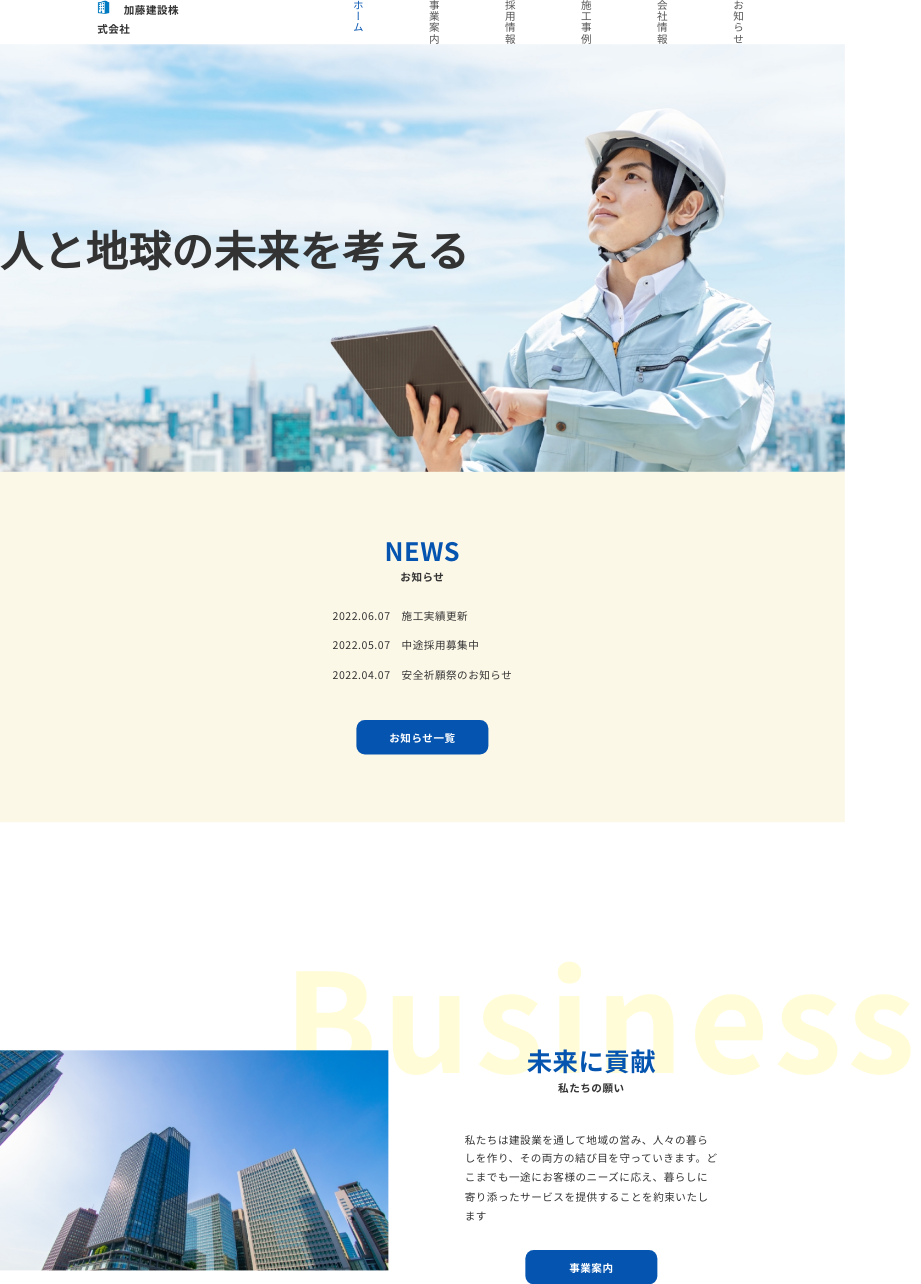
Repository: nozomi-23/hp1_test
Page: index.html
The author's editor kept a copy of each file at every save. The page is drawn from the files as they stood at one save, then again after a run of saves.
The browser window is 1280 px wide. The page is 1395 px wide, so the pictures cover 1395 px, including what lies to the right of the window. The pictures show the whole page, at 66% of full size.

Above is the page before, as saved 2022-06-12 15:20:06.

### index.html
<!DOCTYPE html>
<html lang="ja">
<head>
<meta charset="UTF-8">
<title>加藤建設 株式会社</title>
<meta name="description" content="人と地球の未来を考える 加藤建設 株式会社">
<meta name="keywords" content="建築,土木,インフラ">
<meta name="viewport" content="width=device-width, initial-scale=1.0">
<meta property="og:title" content="建築依頼なら「加藤建設 株式会社」">
<meta property="og:type" content="article">
<meta property="og:url" content="https://withcode-plus.tech">
<meta property="og:image" content="img/logo.png">
<meta property="og:description" content="確かな技術力が自慢、インフラから地域貢献まで加藤建設にお任せ下さい">
<meta property="og:site_name" content="加藤建設 株式会社">
<link rel="icon" href="img/favicon.ico">
<link rel="apple-touch-icon" sizes="180x180" href="img/logo.png">
<link rel="preconnect" href="https://fonts.googleapis.com">
<link rel="preconnect" href="https://fonts.gstatic.com" crossorigin>
<link href="https://fonts.googleapis.com/css2?family=Noto+Sans+JP:wght@400;500;700&family=Noto+Serif+JP&display=swap"
  rel="stylesheet">
<link rel="stylesheet" type="text/css" href="css/reset.css">
<link rel="stylesheet" type="text/css" href="css/common1.css">
<link rel="stylesheet" type="text/css" href="css/index.css">
</head>
<body>
  <!-- =========header -->
  <header>
    <div class="header_wrapper">
      <div class="header_inner">
        <h1 class="header_left">加藤建設株式会社</h1>
        <nav class="header_right" >
          <ul class="header_list">
            <li><a href="#" class="color">ホーム</a></li>
            <li><a href="html/business.html">事業案内</a></li>
            <li><a href="html/recruit.html">採用情報</a></li>
            <li><a href="html/work.html">施工事例</a></li>
            <li><a href="html/company.html">会社情報</a></li>
            <li><a href="html/news.html">お知らせ</a></li>
          </ul>
        </nav>
      </div>
    </div>
  </header>
  <!-- =========main_view -->
  <main>
    <section class="main_wrapper">
      <div class="main_txt">
        <h3>人と地球の未来を考える</h3>
      </div>
    </section>
    <!-- =========news -->
    <section class="news section section_color">
      <div class="news_wrapper">
        <h2 class="title">NEWS<br>
          <small>お知らせ</small></h2>
        <ul class="news_list">
          <li>2022.06.07&emsp;施工実績更新</li>
          <li>2022.05.07&emsp;中途採用募集中</li>
          <li>2022.04.07&emsp;安全祈願祭のお知らせ</li>
        </ul>
        <div class="btn">
          <a href="html/news.html">お知らせ一覧</a>
        </div>
      </div>
    </section>
    <!-- =========business -->
    <section class="business section">
      <div class="business_wrapper">
        <div class="business_all">
          <div class="business_bg_wrapper">
            <div class="business_bg">
              <div class="business_bg_item">
                <p>Business</p>
              </div>
            </div>
          </div>
          <div class="business_block_wrapper">
            <div class="business_block_1">
              <img src="img/bussines_top.png" alt="事業案内画像">
            </div>
            <div class="business_block_2">
              <h2 class="title">未来に貢献<br>
                <small>私たちの願い</small>
              </h2>
              <p>私たちは建設業を通して地域の営み、人々の暮らしを作り、その両方の結び目を守っていきます。どこまでも一途にお客様のニーズに応え、暮らしに寄り添ったサービスを提供することを約束いたします</p>
              <div class="btn">
                <a href="html/business.html">事業案内</a>
              </div>
            </div>
          </div>
        </div>

      </div>
    </section>
  </main>
</body>
</html>

### css/reset.css
@charset "UTF-8";

html,
body,
div,
span,
object,
iframe,
h1,
h2,
h3,
h4,
h5,
h6,
p,
blockquote,
pre,
abbr,
address,
cite,
code,
del,
dfn,
em,
img,
ins,
kbd,
q,
samp,
small,
strong,
sub,
sup,
var,
b,
i,
dl,
dt,
dd,
ol,
ul,
li,
fieldset,
form,
label,
legend,
table,
caption,
tbody,
tfoot,
thead,
tr,
th,
td,
article,
aside,
canvas,
details,
figcaption,
figure,
footer,
header,
hgroup,
menu,
nav,
section,
summary,
time,
mark,
audio,
video {
  margin: 0;
  padding: 0;
  border: 0;
  outline: 0;
  font-size: 100%;
  vertical-align: baseline;
  background: transparent;
}

body {
  line-height: 1;
}

article,
aside,
details,
figcaption,
figure,
footer,
header,
hgroup,
menu,
nav,
section {
  display: block;
}

nav ul {
  list-style: none;
}

blockquote,
q {
  quotes: none;
}

blockquote:before,
blockquote:after,
q:before,
q:after {
  content: '';
  content: none;
}

a {
  margin: 0;
  padding: 0;
  font-size: 100%;
  vertical-align: baseline;
  background: transparent;
}

/* change colours to suit your needs */
ins {
  background-color: #ff9;
  color: #000;
  text-decoration: none;
}

/* change colours to suit your needs */
mark {
  background-color: #ff9;
  color: #000;
  font-style: italic;
  font-weight: bold;
}

del {
  text-decoration: line-through;
}

abbr[title],
dfn[title] {
  border-bottom: 1px dotted;
  cursor: help;
}

table {
  border-collapse: collapse;
  border-spacing: 0;
}

/* change border colour to suit your needs */
hr {
  display: block;
  height: 1px;
  border: 0;
  border-top: 1px solid #cccccc;
  margin: 1em 0;
  padding: 0;
}

input,
select {
  vertical-align: middle;
}

### css/common1.css
@charset "UTF-8";

body {
  color: #333;
  letter-spacing: 0.05em;
  line-height: 1.8;
  font-family: 'Noto Sans JP', sans-serif ,'Noto Serif JP', serif;
  word-break: break-all;
}
li {
  list-style: none;
}

a {
  text-decoration: none;
}
.section {
  padding: 8% 0;
  position: relative;
}


/* タイトル */
.title {
  color: #0554B0;
  font-weight: bold;
  font-size: 2.4rem;
  line-height: 0.8;
  text-align: center;
}
.title small {
  font-size: 1rem;
  color: #333;
}
/* ボタン */
.btn {
  background-color: #0554B0;
  width: 200px;
  margin: 0 auto;
  line-height: 2;
  border-radius: 0.8rem;
}
.btn a {
  display: block;
  color: #fff;
  font-weight: bold;
  padding: 5%;
  text-align: center;
}
.btn:hover {
  opacity: 0.5;
}

### css/index.css
@charset "UTF-8";

/* =================
header
===================*/
.header_wrapper {
  display: flex;
  justify-content: center;
}
.header_inner {
  width: 77%;
  display: flex;
  justify-content: space-between;

}
.header_list {
  display: table;
}
.header_list li {
  display: table-cell;
  writing-mode: vertical-rl;
}
.header_list li a {
  color: #555;
}
.header_list li a:hover {
  opacity: 0.5;
}
.header_list li a.color {
  color: #0554B0;
}

.header_left::before {
  content: "";
  background: url(../img/name_icon.png) no-repeat ;
  background-size: contain;
  width: 30%;
  height: 30%;
  z-index: 1;
  display: inline-block;
}

/* =================
main_view
===================*/
.main_wrapper {
  background: url(../img/top_img.png)no-repeat center;
  background-size: cover;
  width: 100%;
  height: 90vh;
}
.main_txt {
  font-size: 4rem;
  font-weight: normal;
  font-family: 'Noto Serif JP';
  position: relative;
  top: 40%;
}
/* =================
news
===================*/
.section_color {
  background-color: #FCF8E8;
}
.news {
  text-align: center;
  display: block;
}

.news_list {
  padding: 3%;
  text-align: left;
  display: inline-block;

}
.news_list li {
  margin-bottom: 1rem;
}
/* =================
business
===================*/
.business_all {
  position: relative;
}
.business_block_wrapper {
  width: 100%;
  height: auto;
  display: flex;
  justify-content: space-between;
  position: absolute;
  top: 65%;
}


.business_block_1 {
  width: 46%;
}
.business_block_1 img{
  width: 100%;
  height: auto;
}
.business_block_2 {
  width: 30%;
  margin-right: 15%;
}

.business_block_2 p {
  padding: 15% 0 10% 0;
}
.business_bg {
  width: 80%;

}
.business_bg_wrapper {
  width: 83%;
  margin-left: auto;
}
.business_bg_item {
  width: 100%;
  /* background-color: aqua; */
}
.business_bg {
  margin-left: auto;
}
.business_bg_item p {
  color: rgba(255, 245, 109, 0.27);
  font-size: 13rem;
  font-weight: 700;
  white-space: nowrap;
  letter-spacing: 0.5rem;
  }
.btn {
  margin-left: auto;
}

After the next 2 saves:
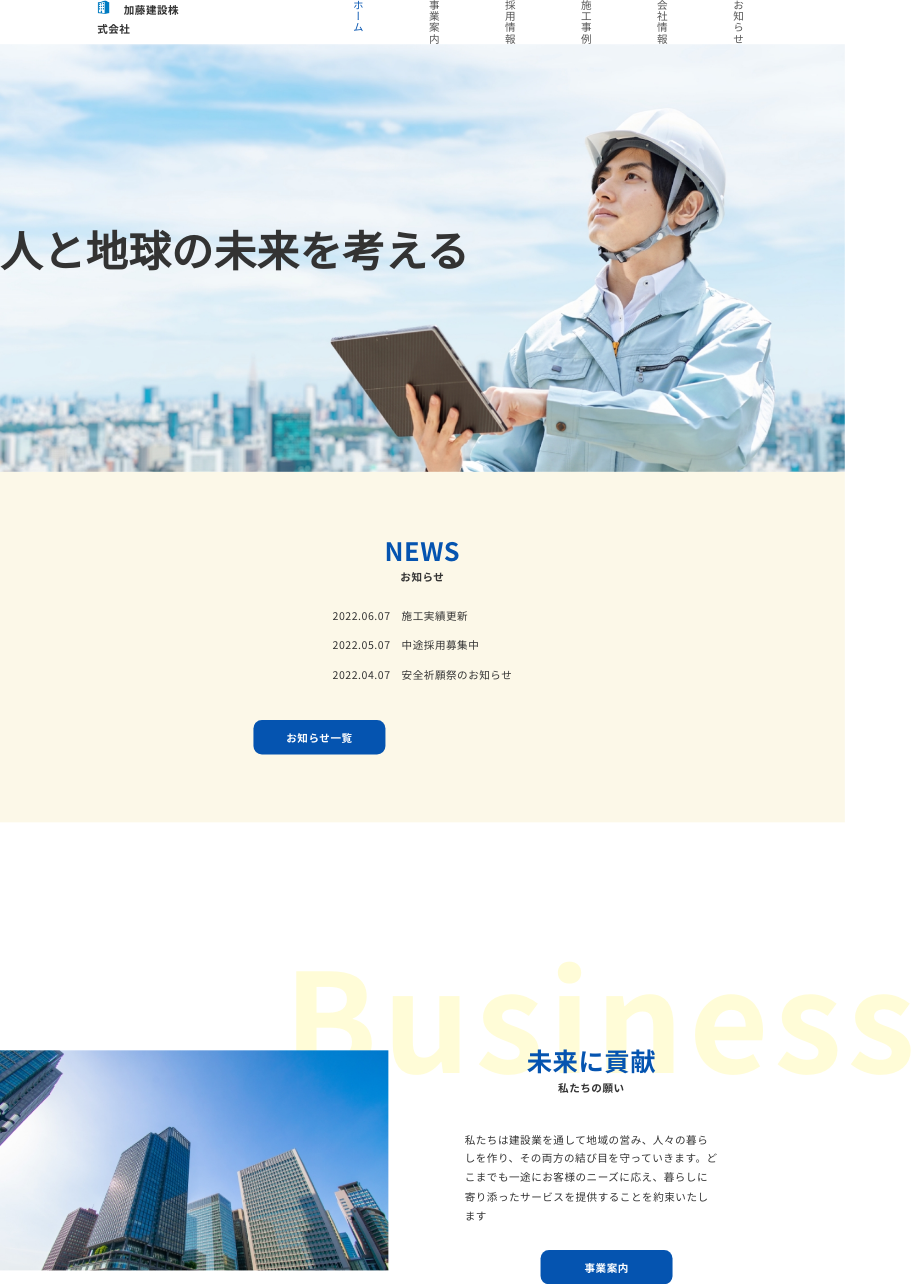
The 2 saves are shown as one change because they came seconds apart.
The last was saved 27 s later.
--- a/css/index.css
+++ b/css/index.css
@@ -130,5 +130,5 @@
   letter-spacing: 0.5rem;
   }
 .btn {
-  margin-left: auto;
+  margin-left: 30%;
 }

After the save that followed:
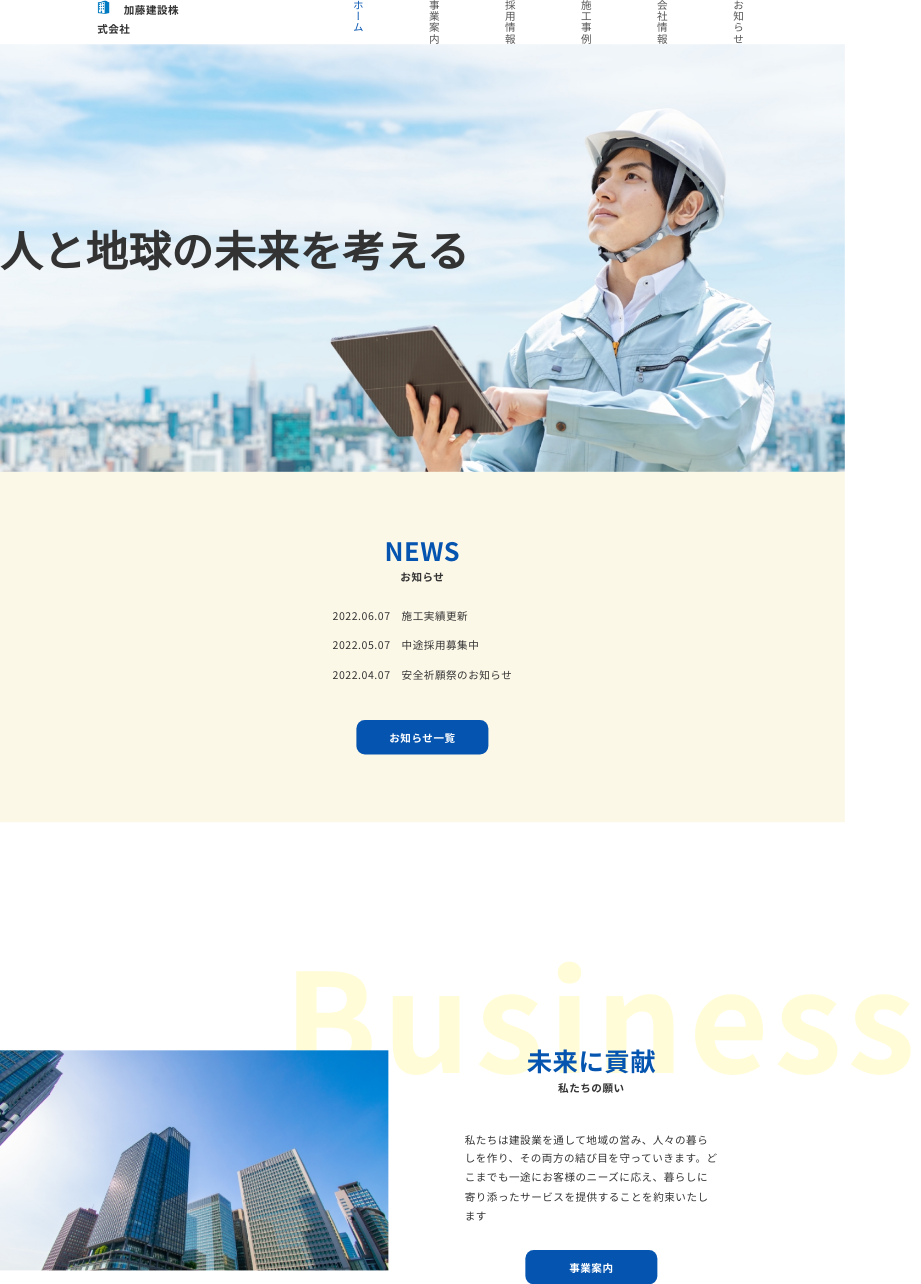
Saved 12 s later.
--- a/css/index.css
+++ b/css/index.css
@@ -129,6 +129,3 @@
   white-space: nowrap;
   letter-spacing: 0.5rem;
   }
-.btn {
-  margin-left: 30%;
-}
